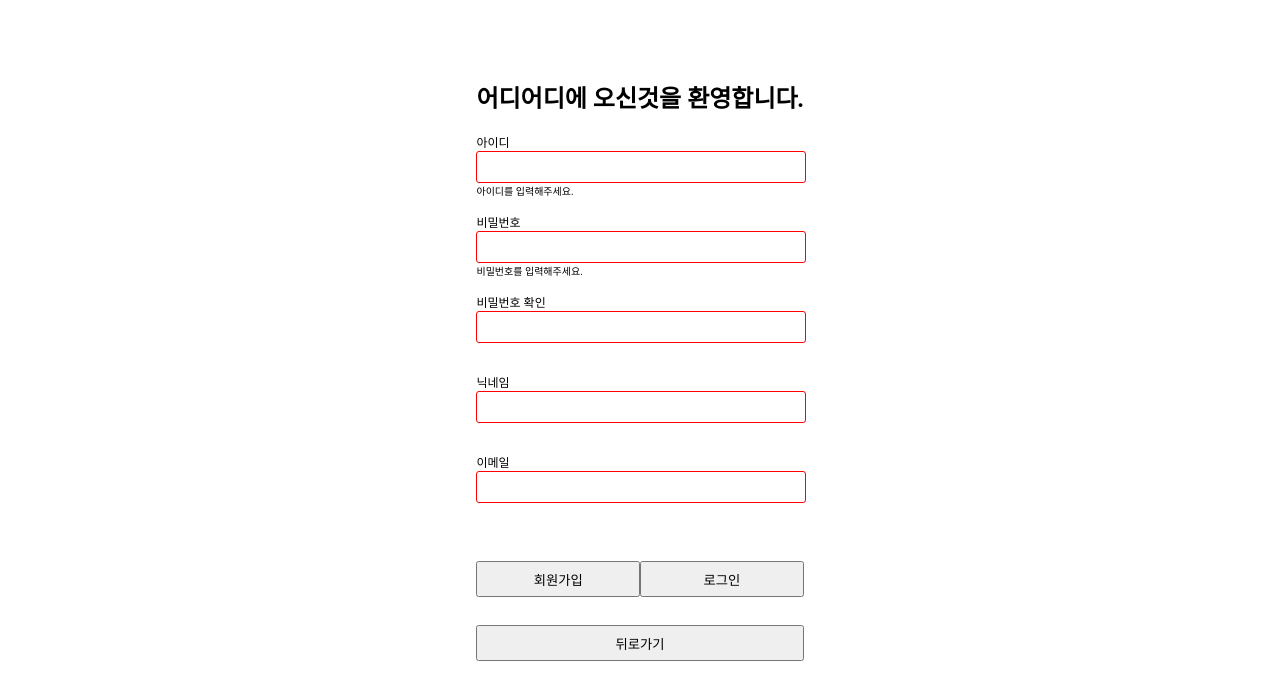
Repository: zzangyu/koreanFoodsProject
Page: http://localhost/koreanFoodsProject/koreanFoods/signUp.jsp
These files come from the project's save history. The page is drawn as it stood at one moment and after the next save; the edit follows.
The browser window is 1280 px wide. The pictures show the whole page.
The page is served by Tomcat 9.

Above is the page before, as saved 2022-12-29 07:36:40.

After the next save:
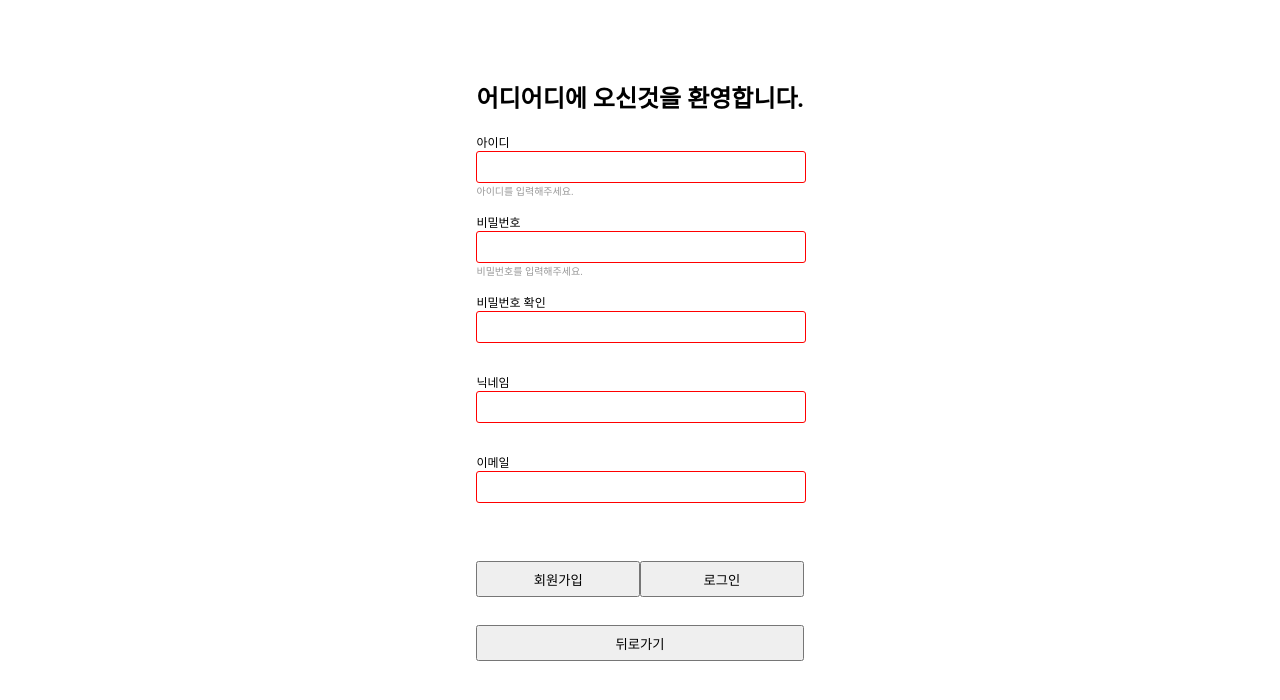
Saved 109 s later.
--- a/koreanFoodsProject/src/main/webapp/koreanFoods/css/kFoods.css
+++ b/koreanFoodsProject/src/main/webapp/koreanFoods/css/kFoods.css
@@ -26,6 +26,7 @@ a {
 }
 .signUp_check_textSize {
 	font-size: 10px;
+	color: #999;
 }
 #signUp_Wrap h2 {
 	text-align: center;
